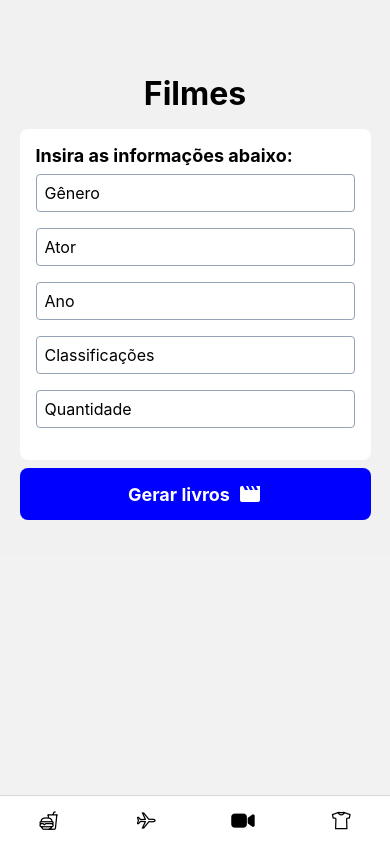
Repository: Matheus904-12/routes
Screen: /filmes (app in roteamento/)
These files come from the project's save history. The screen is drawn as it stood at one moment and after a run of saves; the edit follows.
The app was drawn by React Native's web renderer in a window 390 px wide. The project was rebuilt for these pictures with package versions that can differ from the ones it lists, and the page was loaded fresh each time. Also part of the build but not shown: roteamento/pages/viagem.js, roteamento/pages/roupas.js.

Above is the screen before, as saved 2024-05-01 17:42:45.

### roteamento/App.tsx
import React from 'react';
import { NavigationContainer } from '@react-navigation/native';
import { Routes } from './routes';

export default function App() {
  return (
    <NavigationContainer>
      <Routes />
    </NavigationContainer>
  );
}

### roteamento/routes.js
import { createBottomTabNavigator } from "@react-navigation/bottom-tabs";
import { Viagem } from './pages/viagem';
import { Filmes } from './pages/filmes';
import { Roupas } from './pages/roupas';
import { Receita } from './pages/receita';
import { Ionicons } from '@expo/vector-icons/'

const Tab = createBottomTabNavigator();

export function Routes() {
    return (
        <Tab.Navigator>
            <Tab.Screen
                name="receita"
                component={Receita}
                options={{
                    tabBarShowLabel: false,
                    headerShown: false,
                    tabBarIcon: ({ focused }) => {
                        if (focused) {
                            return (<Ionicons size={25} color={"#000"} name="fast-food" />)
                        }
                        return (<Ionicons size={20} color={"#000"} name="fast-food-outline" />)
                    }
                }}
            />
            <Tab.Screen
                name="viagem"
                component={Viagem}
                options={{
                    tabBarShowLabel: false,
                    headerShown: false,
                    tabBarIcon: ({ focused }) => {
                        if (focused) {
                            return (<Ionicons size={25} color={"#000"} name="airplane" />)
                        }
                        return (<Ionicons size={20} color={"#000"} name="airplane-outline" />)
                    }
                }}
            />
            <Tab.Screen
                name="filmes"
                component={Filmes}
                options={{
                    tabBarShowLabel: false,
                    headerShown: false,
                    tabBarIcon: ({ focused }) => {
                        if (focused) {
                            return (<Ionicons size={25} color={"#000"} name="videocam" />)
                        }
                        return (<Ionicons size={20} color={"#000"} name="videocam-outline" />)
                    }
                }}
            />
            <Tab.Screen
                name="roupas"
                component={Roupas}
                options={{
                    tabBarShowLabel: false,
                    headerShown: false,
                    tabBarIcon: ({ focused }) => {
                        if (focused) {
                            return (<Ionicons size={25} color={"#000"} name="shirt" />)
                        }
                        return (<Ionicons size={20} color={"#000"} name="shirt-outline" />)
                    }
                }}
            />
        </Tab.Navigator>
    )
}

### roteamento/pages/filmes.js
import React, { useState } from 'react';
import { StyleSheet, Text, View, TextInput, TouchableOpacity, Platform, StatusBar, ScrollView, ActivityIndicator, Alert, Keyboard } from 'react-native';
import { MaterialCommunityIcons } from '@expo/vector-icons';

const alturaStatusBar = StatusBar.currentHeight;
const KEY_GPT = 'SUA_CHAVE_DE_API';

export function Filmes() {

    const [load, defLoad] = useState(false);
    const [receita, defReceita] = useState("");

    const [ingr1, defIngr1] = useState("");
    const [ingr2, defIngr2] = useState("");
    const [ingr3, defIngr3] = useState("");
    const [ingr4, defIngr4] = useState("");
    const [ocasiao, defOcasiao] = useState("");

    async function gerarReceita() {
        if (ingr1 === "" || ingr2 === "" || ingr3 === "" || ingr4 === "" || ocasiao === "") {
            Alert.alert("Atenção", "Informe todas as informações!", [{ text: "Beleza!" }])
            return;
        }
        defReceita("");
        defLoad(true);
        Keyboard.dismiss();

        const prompt = `Sugira filmes com titulos populares e bem avalidados com essas especiicações: ${ingr1}, ${ingr2}, ${ingr3} e ${ingr4}, além de mostrar serviços de streaming e pesquise o trailer no YouTube. Caso encontre, informe o link.`;

        fetch("https://api.openai.com/v1/chat/completions", {
            method: "POST",
            headers: {
                "Content-Type": "application/json",
                Authorization: `Bearer ${KEY_GPT}`
            },
            body: JSON.stringify({
                model: "gpt-3.5-turbo",
                messages: [
                    {
                        role: 'user',
                        content: prompt
                    }
                ],
                temperature: 0.20,
                max_tokens: 500,
                top_p: 1,
            })
        })
            .then(response => response.json())
            .then((data) => {
                console.log(data.choices[0].message.content);
                defReceita(data.choices[0].message.content)
            })
            .catch((error) => {
                console.log(error);
            })
            .finally(() => {
                defLoad(false);
            })
    }

    return (
        <ScrollView>
            <View style={ESTILOS.container}>
                <StatusBar barStyle="dark-content" translucent={true} backgroundColor="#F1F1F1" />
                <Text style={ESTILOS.header}>Filmes</Text>
                <View style={ESTILOS.form}>
                    <Text style={ESTILOS.label}>Insira as informações abaixo:</Text>
                    <TextInput
                        placeholder="Gênero"
                        style={ESTILOS.input}
                        value={ingr1}
                        onChangeText={(texto) => defIngr1(texto)}
                    />
                    <TextInput
                        placeholder="Ator"
                        style={ESTILOS.input}
                        value={ingr2}
                        onChangeText={(texto) => defIngr2(texto)}
                    />
                    <TextInput
                        placeholder="Ano"
                        style={ESTILOS.input}
                        value={ingr3}
                        onChangeText={(texto) => defIngr3(texto)}
                    />
                    <TextInput
                        placeholder="Classificações"
                        style={ESTILOS.input}
                        value={ingr4}
                        onChangeText={(texto) => defIngr4(texto)}
                    />
                    <TextInput
                        placeholder="Quantidade "
                        style={ESTILOS.input}
                        value={ocasiao}
                        onChangeText={(texto) => defOcasiao(texto)}
                    />
                </View>

                <TouchableOpacity style={ESTILOS.button} onPress={gerarReceita}>
                    <Text style={ESTILOS.buttonText}>Gerar livros</Text>
                    <MaterialCommunityIcons name="movie" size={24} color="#FFF" />
                </TouchableOpacity>

                <ScrollView contentContainerStyle={{ paddingBottom: 24, marginTop: 4, }} style={ESTILOS.containerScroll} showsVerticalScrollIndicator={false} >
                    {load && (
                        <View style={ESTILOS.content}>
                            <Text style={ESTILOS.title}>Procurando livros...</Text>
                            <ActivityIndicator color="#000" size="large" />
                        </View>
                    )}

                    {receita && (
                        <View style={ESTILOS.content}>
                            <Text style={ESTILOS.title}>Livros sigeridos 👇</Text>
                            <Text style={{ lineHeight: 24 }}>{receita} </Text>
                        </View>
                    )}
                </ScrollView>
            </View>
        </ScrollView>
    );
}

const ESTILOS = StyleSheet.create({
    container: {
        flex: 1,
        backgroundColor: '#f1f1f1',
        alignItems: 'center',
        paddingTop: 20,
    },
    header: {
        fontSize: 32,
        fontWeight: 'bold',
        paddingTop: Platform.OS === 'android' ? alturaStatusBar : 54
    },
    form: {
        backgroundColor: '#FFF',
        width: '90%',
        borderRadius: 8,
        padding: 16,
        marginTop: 16,
        marginBottom: 8,
    },
    label: {
        fontWeight: 'bold',
        fontSize: 18,
        marginBottom: 8,
    },
    input: {
        borderWidth: 1,
        borderRadius: 4,
        borderColor: '#94a3b8',
        padding: 8,
        fontSize: 16,
        marginBottom: 16,
    },
    button: {
        backgroundColor: 'blue',
        width: '90%',
        borderRadius: 8,
        flexDirection: 'row',
        padding: 14,
        justifyContent: 'center',
        alignItems: 'center',
        gap: 8,
    },
    buttonText: {
        fontSize: 18,
        color: '#FFF',
        fontWeight: 'bold'
    },
    content: {
        backgroundColor: '#FFF',
        padding: 16,
        width: '100%',
        marginTop: 16,
        borderRadius: 8,
    },
    title: {
        fontSize: 18,
        fontWeight: 'bold',
        textAlign: 'center',
        marginBottom: 14
    },
    containerScroll: {
        width: '90%',
        marginTop: 8,
    }
});

### roteamento/pages/receita.js
import React, { useState } from 'react';
import { StyleSheet, Text, View, TextInput, TouchableOpacity, Platform, StatusBar, ScrollView, ActivityIndicator, Alert, Keyboard } from 'react-native';
import { MaterialCommunityIcons } from '@expo/vector-icons';

const alturaStatusBar = StatusBar.currentHeight;
const KEY_GPT = 'SUA_CHAVE_DE_API';

export function Receita() {

    const [load, defLoad] = useState(false);
    const [receita, defReceita] = useState("");

    const [ingr1, defIngr1] = useState("");
    const [ingr2, defIngr2] = useState("");
    const [ingr3, defIngr3] = useState("");
    const [ingr4, defIngr4] = useState("");
    const [ocasiao, defOcasiao] = useState("");

    async function gerarReceita() {
        if (ingr1 === "" || ingr2 === "" || ingr3 === "" || ingr4 === "" || ocasiao === "") {
            Alert.alert("Atenção", "Informe todos os ingredientes!", [{ text: "Beleza!" }])
            return;
        }
        defReceita("");
        defLoad(true);
        Keyboard.dismiss();

        const prompt = `Sugira uma receita detalhada para o ${ocasiao} usando os ingredientes: ${ingr1}, ${ingr2}, ${ingr3} e ${ingr4} e pesquise a receita no YouTube. Caso encontre, informe o link.`;

        fetch("https://api.openai.com/v1/chat/completions", {
            method: "POST",
            headers: {
                "Content-Type": "application/json",
                Authorization: `Bearer ${KEY_GPT}`
            },
            body: JSON.stringify({
                model: "gpt-3.5-turbo",
                messages: [
                    {
                        role: 'user',
                        content: prompt
                    }
                ],
                temperature: 0.20,
                max_tokens: 500,
                top_p: 1,
            })
        })
            .then(response => response.json())
            .then((data) => {
                console.log(data.choices[0].message.content);
                defReceita(data.choices[0].message.content)
            })
            .catch((error) => {
                console.log(error);
            })
            .finally(() => {
                defLoad(false);
            })
    }

    return (
        <ScrollView>
            <View style={ESTILOS.container}>
                <StatusBar barStyle="dark-content" translucent={true} backgroundColor="#F1F1F1" />
                <Text style={ESTILOS.header}>Receitas Fáceis</Text>
                <View style={ESTILOS.form}>
                    <Text style={ESTILOS.label}>Insira os ingredientes abaixo:</Text>
                    <TextInput
                        placeholder="Ingrediente 1"
                        style={ESTILOS.input}
                        value={ingr1}
                        onChangeText={(texto) => defIngr1(texto)}
                    />
                    <TextInput
                        placeholder="Ingrediente 2"
                        style={ESTILOS.input}
                        value={ingr2}
                        onChangeText={(texto) => defIngr2(texto)}
                    />
                    <TextInput
                        placeholder="Ingrediente 3"
                        style={ESTILOS.input}
                        value={ingr3}
                        onChangeText={(texto) => defIngr3(texto)}
                    />
                    <TextInput
                        placeholder="Ingrediente 4"
                        style={ESTILOS.input}
                        value={ingr4}
                        onChangeText={(texto) => defIngr4(texto)}
                    />
                    <TextInput
                        placeholder="Almoço ou Jantar"
                        style={ESTILOS.input}
                        value={ocasiao}
                        onChangeText={(texto) => defOcasiao(texto)}
                    />
                </View>

                <TouchableOpacity style={ESTILOS.button} onPress={gerarReceita}>
                    <Text style={ESTILOS.buttonText}>Gerar receita</Text>
                    <MaterialCommunityIcons name="food-variant" size={24} color="#FFF" />
                </TouchableOpacity>

                <ScrollView contentContainerStyle={{ paddingBottom: 24, marginTop: 4, }} style={ESTILOS.containerScroll} showsVerticalScrollIndicator={false} >
                    {load && (
                        <View style={ESTILOS.content}>
                            <Text style={ESTILOS.title}>Produzindo receita...</Text>
                            <ActivityIndicator color="#000" size="large" />
                        </View>
                    )}

                    {receita && (
                        <View style={ESTILOS.content}>
                            <Text style={ESTILOS.title}>Sua receita 👇</Text>
                            <Text style={{ lineHeight: 24 }}>{receita} </Text>
                        </View>
                    )}
                </ScrollView>
            </View>
        </ScrollView>
    );
}

const ESTILOS = StyleSheet.create({
    container: {
        flex: 1,
        alignItems: 'center',
        paddingTop: 20,
    },
    header: {
        fontSize: 32,
        fontWeight: 'bold',
        paddingTop: Platform.OS === 'android' ? alturaStatusBar : 54
    },
    form: {
        backgroundColor: '#FFF',
        width: '90%',
        borderRadius: 8,
        padding: 16,
        marginTop: 16,
        marginBottom: 8,
    },
    label: {
        fontWeight: 'bold',
        fontSize: 18,
        marginBottom: 8,
    },
    input: {
        borderWidth: 1,
        borderRadius: 4,
        borderColor: '#94a3b8',
        padding: 8,
        fontSize: 16,
        marginBottom: 16,
    },
    button: {
        backgroundColor: 'blue',
        width: '90%',
        borderRadius: 8,
        flexDirection: 'row',
        padding: 14,
        justifyContent: 'center',
        alignItems: 'center',
        gap: 8,
    },
    buttonText: {
        fontSize: 18,
        color: '#FFF',
        fontWeight: 'bold'
    },
    content: {
        backgroundColor: '#FFF',
        padding: 16,
        width: '100%',
        marginTop: 16,
        borderRadius: 8,
    },
    title: {
        fontSize: 18,
        fontWeight: 'bold',
        textAlign: 'center',
        marginBottom: 14
    },
    containerScroll: {
        width: '90%',
        marginTop: 8,
    }
});

After the next 2 saves:
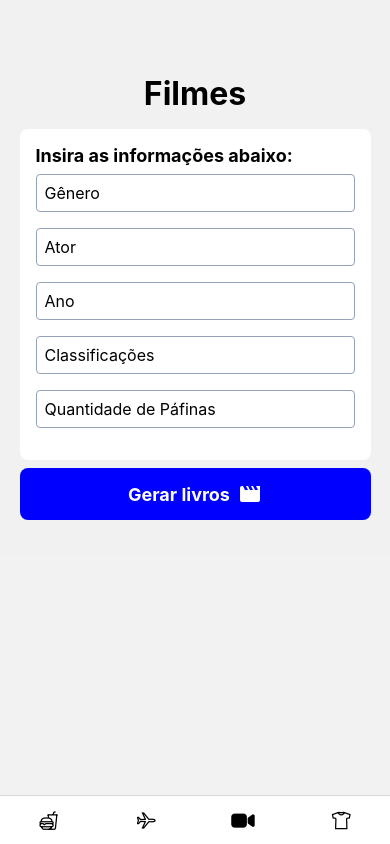
The 2 saves are shown as one change because they came seconds apart.
The last was saved 16 s later.
--- a/roteamento/pages/filmes.js
+++ b/roteamento/pages/filmes.js
@@ -91,7 +91,7 @@
                         onChangeText={(texto) => defIngr4(texto)}
                     />
                     <TextInput
-                        placeholder="Quantidade "
+                        placeholder="Quantidade de Páfinas"
                         style={ESTILOS.input}
                         value={ocasiao}
                         onChangeText={(texto) => defOcasiao(texto)}

After the save that followed:
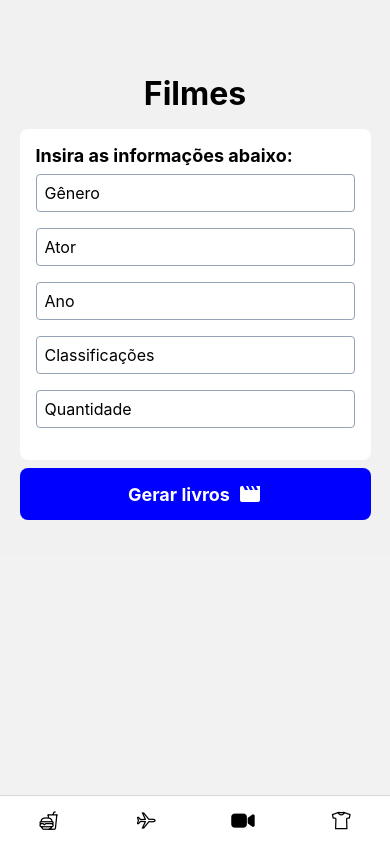
Saved 4 s later.
--- a/roteamento/pages/filmes.js
+++ b/roteamento/pages/filmes.js
@@ -91,7 +91,7 @@
                         onChangeText={(texto) => defIngr4(texto)}
                     />
                     <TextInput
-                        placeholder="Quantidade de Páfinas"
+                        placeholder="Quantidade"
                         style={ESTILOS.input}
                         value={ocasiao}
                         onChangeText={(texto) => defOcasiao(texto)}
